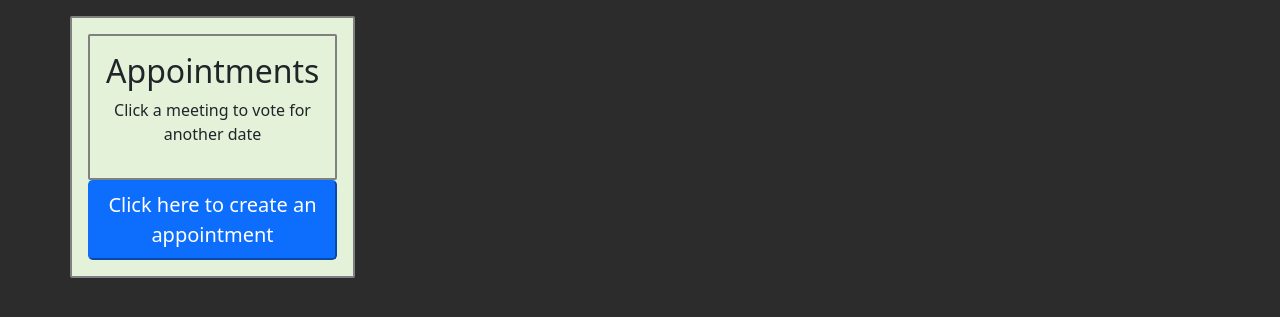
Repository: wlichon/Semesterprojekt
Page: index.html
The author's editor kept a copy of each file at every save. The page is drawn from the files as they stood at one save, then again after the next save.
The browser window is 1280 px wide. The pictures show the whole page.
The page's requests for data from a server got no answer. Some web libraries are served in a nearby version.

Above is the page before, as saved 2022-04-22 18:12:34.

### index.html
<!DOCTYPE html>
<html lang="en">
<head>
    <link href="https://cdn.jsdelivr.net/npm/bootstrap@5.1.3/dist/css/bootstrap.min.css" rel="stylesheet" integrity="sha384-1BmE4kWBq78iYhFldvKuhfTAU6auU8tT94WrHftjDbrCEXSU1oBoqyl2QvZ6jIW3" crossorigin="anonymous">
    <link rel="stylesheet" href="https://cdn.jsdelivr.net/npm/bootstrap-icons@1.8.1/font/bootstrap-icons.css">
    <script
    src="https://code.jquery.com/jquery-3.6.0.min.js"
    integrity="sha256-/xUj+3OJU5yExlq6GSYGSHk7tPXikynS7ogEvDej/m4="
    crossorigin="anonymous"></script>
    <script src="https://cdnjs.cloudflare.com/ajax/libs/jqueryui/1.12.1/jquery-ui.min.js" integrity="sha512-uto9mlQzrs59VwILcLiRYeLKPPbS/bT71da/OEBYEwcdNUk8jYIy+D176RYoop1Da+f9mvkYrmj5MCLZWEtQuA==" crossorigin="anonymous" referrerpolicy="no-referrer"></script>
    <meta charset="UTF-8">
    <meta http-equiv="X-UA-Compatible" content="IE=edge">
    <meta name="viewport" content="width=device-width, initial-scale=1.0">
    <link rel="stylesheet" href="frontend/css/mystyle.css">
    <script src="frontend/script/script.js" defer></script>
    <title>Appointment Finder</title>
</head>
<body class="d-flex justify-content-center">
    <div class="container m-3 d-flex justify-content-center">
        <div class="events row flex-grow-1" id="events">
            <div class="col-md-3 d-flex justify-content-between" style="flex-direction: column">

                <div class="col">
                    <h2 class="align-self-center">Appointments</h2>
                    <p class="">Click a meeting to vote for another date</p>
                </div>
                <button class = "btn-primary btn-lg" id = "createappointment"> Click here to create an appointment</button>


                </div>
             </div>

            <div class="appointments row flex-grow-1" id="appointments">
                <div class="col-md d-flex justify-content-between" style="flex-direction: column">
                    <div class="row h-80">
                        <div class="col">
                           <h2 class="align-self-center">Options</h2>
                        </div>
                    </div>
                    <div class="row inputs h-20 align-self-bottom">
                        <div class="col-md">
                            <i class="bi bi-person-circle m-1"></i><input type="text" placeholder="Name">
                        </div>
                    </div>

                </div>




                <!--
                    <div id = "appointment"
                <div class="col-md">
                    <div class="row h-80">
                        <div class="col wrapper">
                            <h4>Dez</h4>
                            <h3>23</h3>
                            <p>Mi</p>
                            <p>11:40</p>
                            <p>13:00</p>
                        </div>
                    </div>
                    <div class="row inputs h-20">
                        <div class="col-md"><input class="form-check-input" type="checkbox" value=""></div>
                    </div>


                </div>
                <div class="btn btn-primary col-auto p-1" id="lslide">
                    <i class="bi bi-chevron-left"></i>
                </div>

                <div class="row mt-5 comment">
                    <div class="input-group input-group-lg">
                        <span class="input-group-text" id="inputGroup-sizing-lg">Comment</span>
                        <input type="text" class="form-control" aria-label="Sizing example input" aria-describedby="inputGroup-sizing-lg">
                        <button class="btn btn-outline-secondary bg-primary text-white" type="button" id="submit">Submit</button>
                    </div>
                </div>
            -->
            </div>

            </div>



    <script src="https://cdn.jsdelivr.net/npm/bootstrap@5.1.3/dist/js/bootstrap.bundle.min.js" integrity="sha384-ka7Sk0Gln4gmtz2MlQnikT1wXgYsOg+OMhuP+IlRH9sENBO0LRn5q+8nbTov4+1p" crossorigin="anonymous"></script>
</body>
</html>

### frontend/css/mystyle.css
[class*="col"]{
    text-align:center;
    border: 2px solid grey;
    padding: 1rem;
    border-radius: 2px;
    background-color:rgb(228, 242, 217);
}

.bi-person-circle{
    font-size: 1.5rem;
}

.inputs > div{
    background-color: rgb(89, 209, 61);
}

body{
    background-color:rgb(45, 44, 44);
}

.wrapper{
    border-radius: 5px;
    border: none;
    background-color: lightcyan;
}

.container{
    border-radius: 5px;
}

#lslide{
    background-color:blue;
    border-radius:10px;
}

.event{
    cursor: pointer;
}

.event:hover{
    background-color:blue;
}

.noevent:hover{
    pointer-events: none;
}

### frontend/script/script.js
"use strict";
var months = ["Jan", "Feb", "Mar", "Apr", "May", "Jun", "Jul", "Aug", "Sep", "Oct", "Nov", "Dec"];
var days = ["Mon", "Tue", "Wed", "Thu", "Fri", "Sat", "Sun"];
var slidebutton = "<div class='btn btn-primary col-auto p-1' id='lslide'><i class='bi bi-chevron-left'></i></div>";
var commentbar = "<div class='row mt-5 comment'><div class='input-group input-group-lg'><span class='input-group-text' id='inputGroup-sizing-lg'>Comment</span><input type='text' class='form-control' aria-label='Sizing example input' aria-describedby='inputGroup-sizing-lg'><button class='btn btn-outline-secondary bg-primary text-white' type='button' id='submit'>Submit</button></div></div>";
$(function () {
    $("#appointments").hide();
    $("#events").hide();
    $.ajax({
        type: "GET",
        url: "backend/serviceHandler.php",
        cache: false,
        data: { function: "loadAppointments" },
        dataType: "json",
        success: function (response) {
            // bei sucess liefert loadAppointments ein Array mit den ganzen Appointments in dem Format:
            //  Appointment("25-06-2027", "Meeting4", "22-05-2025 19:30:00", "18:00", "18:30", [2, 3]) also:
            // Appointment("Tag-Monat-Jahr", "MeetingNummer", "ExpirationDate", "UhrzeitBeginn", "Uhrzeitende", "OptionsID");
            // Appointment ($date,$title,$votingExpirationDate,$begin,$end,$optionIDs)3222
            console.log("success");
            $.each(response, function (i, val) {
                var counter = 1;
                var date = new Date(val["date"]["date"]);
                var month = months[date.getMonth()];
                var day = days[date.getDay()];
                var dayOfMonth = date.getDate();
                var year = date.getFullYear();
                var expiration = val["votingExpirationDate"]["date"].substr(0, 19);
                var begin = val["begin"]["date"].substr(11).substr(0, 8);
                var end = val["end"]["date"].substr(11).substr(0, 8);
                var id = val["optionIDs"];
                $("#events").append("<div class='col-md-2 event' id =" + counter + " + data=" + id + ">" +
                    "<div class='col wrapper'>" +
                    "<h2>" + val["title"] + "</h2>" +
                    "<h4>" + month + "</h4>" +
                    "<h3>" + dayOfMonth + "</h3>" +
                    "<p>" + day + "</p>" +
                    "<p>Begins: " + begin + "</p>" +
                    "<p>Ends: " + end + "</p>" +
                    "<h6><p>Voting ends:</p>" +
                    "<p>" + expiration + "</p></h6>" +
                    "</div> </div>");
                var isexpired = new Date(expiration);
                var today = new Date();
                if (isexpired <= today) {
                    $("#" + counter).append("<h5 class = 'mt-3' > abgelaufen! </h5>");
                    $("#" + counter).attr("class", "col-md-2 noevent");
                }
                counter++;
            });
        },
        complete: function () {
            $(".event").on('click', function (e) {
                var self = e.currentTarget; // Element was das Klick getriggert hat
                $("#events").hide("slide", { direction: "left" }, 1000, function () {
                    console.log(self);
                    var optionIDs_string = self.getAttribute("data");
                    var optionIDs = Array.from(optionIDs_string.split(","));
                    console.log(optionIDs);
                    $.ajax({
                        type: "GET",
                        url: "backend/serviceHandler.php",
                        cache: false,
                        data: { function: "loadOptions", param: optionIDs },
                        dataType: "json",
                        success: function (response) {
                            console.log("success");
                            console.log(response);
                            $.each(response, function (i, val) {
                                var date = new Date(val["date"]["date"]);
                                console.log("loop");
                                var month = months[date.getMonth()];
                                var day = days[date.getDay()];
                                var dayOfMonth = date.getDate();
                                var year = date.getFullYear();
                                var begin = val["begin"]["date"].substr(11).substr(0, 8);
                                var end = val["end"]["date"].substr(11).substr(0, 8);
                                $("#appointments").append("<div class='col-md'>" +
                                    "<div class='col-md event'>" +
                                    "<div class='col wrapper'>" +
                                    "<h4>" + month + "</h4>" +
                                    "<h3>" + dayOfMonth + "</h3>" +
                                    "<p>" + day + "</p>" +
                                    "<p>Begins: " + begin + "</p>" +
                                    "<p>Ends: " + end + "</p>" +
                                    "</div></div>" +
                                    "<div class='row inputs h-20'>" +
                                    "<div class='col-md'><input class='form-check-input' type='checkbox' value=''></div></div></div>");
                            });
                            $("#appointments").append(slidebutton + commentbar);
                            $("#lslide").on('click', slidebar);
                        },
                        error: function (response) {
                            console.log("failure");
                        }
                    }),
                        setTimeout(function () { return $("#appointments").show("slide", 1000); }, 100);
                });
            });
            $("#events").show("slide", 1000);
        },
        error: function (e) {
            console.log("failure");
        }
    });
    console.log("hi");
    $("#submit").on('click', function () {
        console.log($("#test").prop("checked"));
    });
});
var optionNameInput = '<div class="col-md d-flex justify-content-between" style="flex-direction: column">' +
    '<div class="row h-80">' +
    '<div class="col">' +
    '<h2 class="align-self-center">Options</h2>' +
    '</div>' +
    '</div>' +
    '<div class="row inputs h-20 align-self-bottom">' +
    '<div class="col-md">' +
    '<i class="bi bi-person-circle m-1"></i><input type="text" placeholder="Name">' +
    '</div>' +
    '</div>' +
    '</div>';
function slidebar() {
    $("#appointments").hide("slide", { direction: "left" }, 1000, function () {
        $("#appointments").empty().append(optionNameInput);
        $("#events").show("slide", 1000);
    });
}

After the next save:
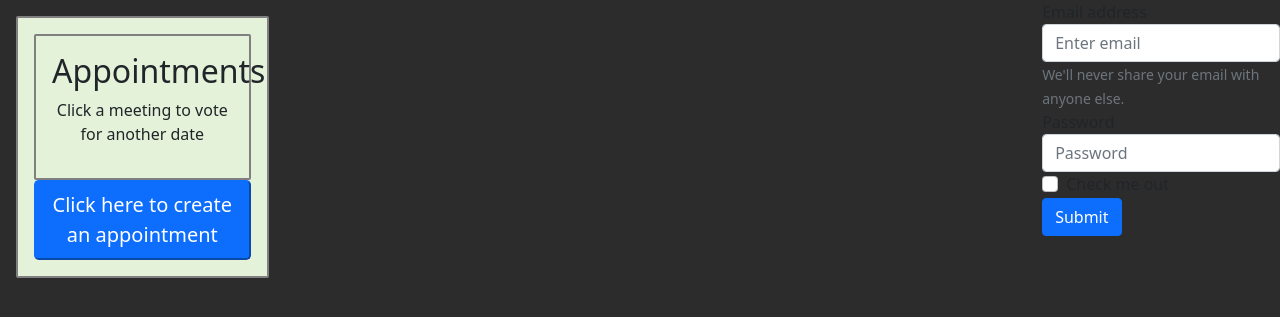
Saved 6 s later.
--- a/index.html
+++ b/index.html
@@ -83,7 +83,22 @@
             </div>
 
 
-
+            <form>
+                <div class="form-group">
+                  <label for="exampleInputEmail1">Email address</label>
+                  <input type="email" class="form-control" id="exampleInputEmail1" aria-describedby="emailHelp" placeholder="Enter email">
+                  <small id="emailHelp" class="form-text text-muted">We'll never share your email with anyone else.</small>
+                </div>
+                <div class="form-group">
+                  <label for="exampleInputPassword1">Password</label>
+                  <input type="password" class="form-control" id="exampleInputPassword1" placeholder="Password">
+                </div>
+                <div class="form-check">
+                  <input type="checkbox" class="form-check-input" id="exampleCheck1">
+                  <label class="form-check-label" for="exampleCheck1">Check me out</label>
+                </div>
+                <button type="submit" class="btn btn-primary">Submit</button>
+              </form>
     <script src="https://cdn.jsdelivr.net/npm/bootstrap@5.1.3/dist/js/bootstrap.bundle.min.js" integrity="sha384-ka7Sk0Gln4gmtz2MlQnikT1wXgYsOg+OMhuP+IlRH9sENBO0LRn5q+8nbTov4+1p" crossorigin="anonymous"></script>
 </body>
 </html>
